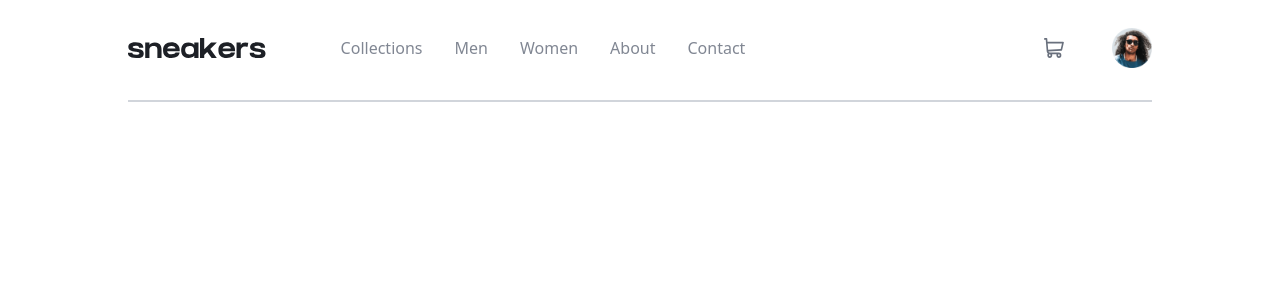
Repository: Sef24/product-design-sneakers
Page: /
The author's editor kept a copy of each file at every save. The page is drawn from the files as they stood at one save, then again after the next save.
The browser window is 1280 px wide. The pictures show the whole page.
The project was rebuilt for these pictures with package versions that can differ from the ones it lists, and the page was loaded fresh each time.

Above is the page before, as saved 2022-06-11 21:30:07.

After the next save:
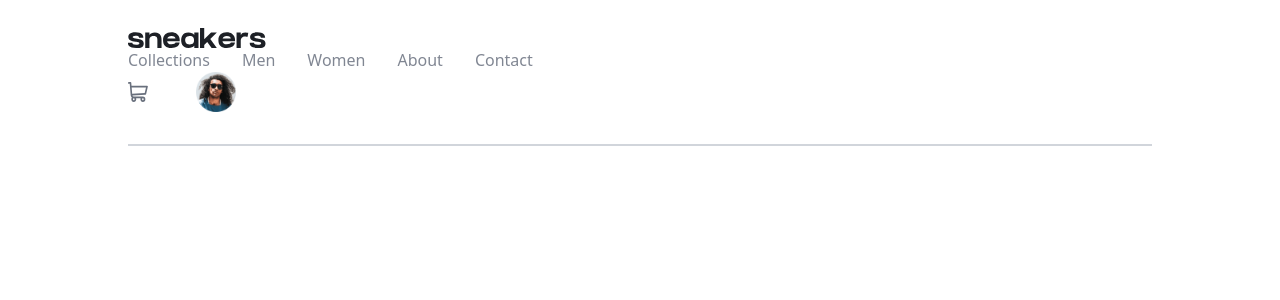
Saved 19 s later.
--- a/src/components/Nav.js
+++ b/src/components/Nav.js
@@ -5,8 +5,8 @@
 
 function Nav() {
   return (
-    <main className=" border-b-2 border-gray-300 pb-8 mx-32 ">
-      <section className="flex items-center justify-between pt-7 ">
+    <main className="flex items-center justify-between border-b-2 border-gray-300 pb-8 mx-32 ">
+      <section className=" pt-7 ">
         <div>
           <img src={logo} alt="" className="h-5" />
         </div>

After the save that followed:
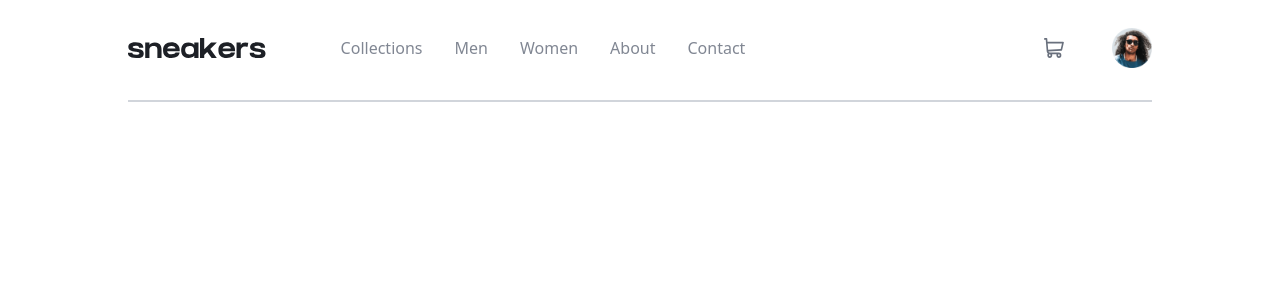
Saved 4 s later.
--- a/src/components/Nav.js
+++ b/src/components/Nav.js
@@ -5,8 +5,8 @@
 
 function Nav() {
   return (
-    <main className="flex items-center justify-between border-b-2 border-gray-300 pb-8 mx-32 ">
-      <section className=" pt-7 ">
+    <main className=" border-b-2 border-gray-300 pb-8 mx-32 ">
+      <section className="flex items-center justify-between pt-7 ">
         <div>
           <img src={logo} alt="" className="h-5" />
         </div>
